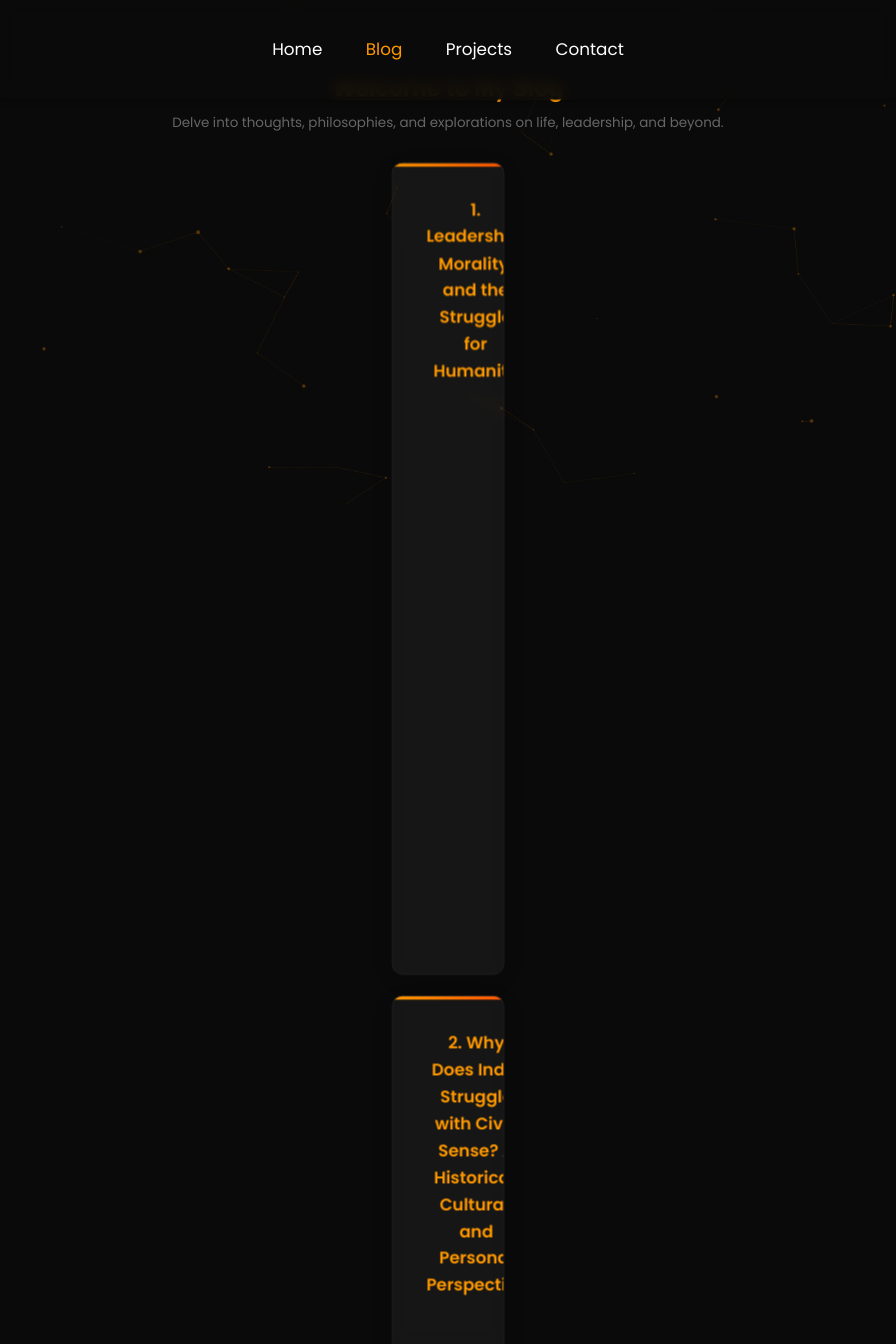
Repository: APersonalVoyage/APersonalVoyage.github.io
Page: blog.html
The author's editor kept a copy of each file at every save. The page is drawn from the files as they stood at one save, then again after the next save.
The browser window is 1280 px wide. The pictures show the part of the page from y = 0 to 1920 px (the page is 2743 px tall before and 2944 px after), at 70% of full size.

Above is the page before, as saved 2025-04-05 14:38:09.

After the next save:
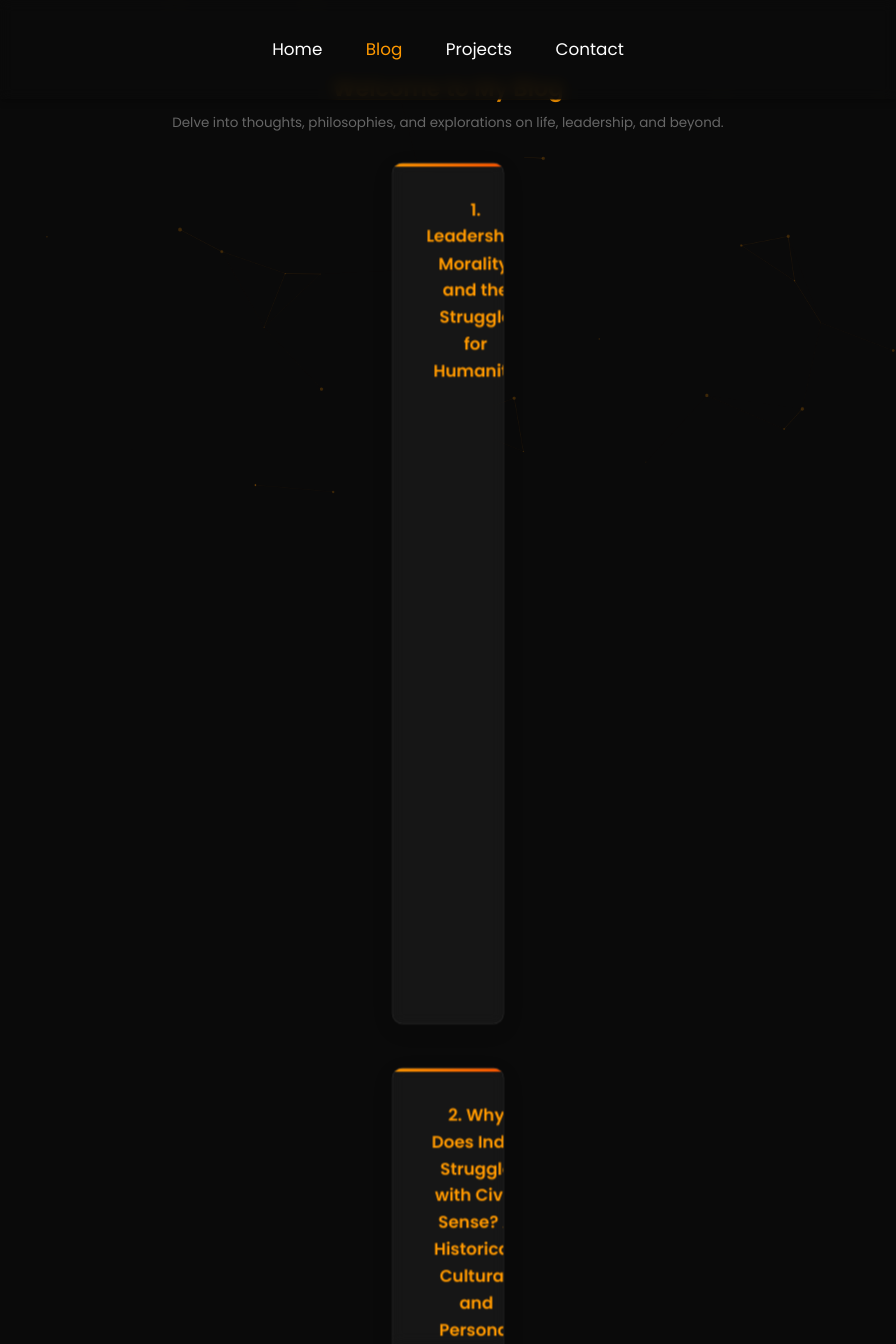
Saved 11 min 38 s later.
--- a/blog.html
+++ b/blog.html
@@ -57,20 +57,47 @@
   <div id="particles-js"></div>
   <script src="https://cdn.jsdelivr.net/particles.js/2.0.0/particles.min.js"></script>
   <script>
+    // More optimized particle settings for better performance
     particlesJS("particles-js", {
       particles: {
-        number: { value: 40, density: { enable: true, value_area: 800 } },
+        number: { value: 40, density: { enable: true, value_area: 1000 } },
         color: { value: "#ff9900" },
         shape: { type: "circle" },
         opacity: { value: 0.3, random: false },
         size: { value: 3, random: true },
         line_linked: { enable: true, distance: 150, color: "#ff9900", opacity: 0.2, width: 1 },
-        move: { enable: true, speed: 2, direction: "none", random: false, straight: false, out_mode: "out" }
+        move: { enable: true, speed: 1.5, direction: "none", random: false, straight: false, out_mode: "out" }
       },
       interactivity: {
         detect_on: "canvas",
-        events: { onhover: { enable: true, mode: "repulse" }, onclick: { enable: true, mode: "push" } }
-      }
+        events: {
+          onhover: { enable: true, mode: "repulse" },
+          onclick: { enable: true, mode: "push" }
+        },
+        modes: {
+          repulse: { distance: 80, duration: 0.4 }
+        }
+      },
+      retina_detect: true
+    });
+
+    // Add animation classes to blog elements
+    document.addEventListener('DOMContentLoaded', function() {
+      // Apply animation to blog post elements
+      const blogPosts = document.querySelectorAll('.blog-details');
+      blogPosts.forEach((post, index) => {
+        post.style.animationDelay = `${index * 0.2}s`;
+      });
+
+      // Apply smooth scrolling
+      document.querySelectorAll('a[href^="#"]').forEach(anchor => {
+        anchor.addEventListener('click', function(e) {
+          e.preventDefault();
+          document.querySelector(this.getAttribute('href')).scrollIntoView({
+            behavior: 'smooth'
+          });
+        });
+      });
     });
   </script>
 </body>
--- a/style.css
+++ b/style.css
@@ -735,6 +735,7 @@ footer p {
   top: 0;
   left: 0;
   z-index: -1;
+  opacity: 0.7;
 }
 
 .light-mode #particles-js {
@@ -745,7 +746,8 @@ footer p {
   border-radius: 50%;
   border: 5px solid #ff9900;
   box-shadow: 0 0 25px rgba(255, 153, 0, 0.6);
-  animation: float 6s ease-in-out infinite;
+  animation: float 6s cubic-bezier(0.455, 0.03, 0.515, 0.955) infinite;
+  transition: transform 0.5s ease, box-shadow 0.5s ease;
 }
 
 @keyframes float {
@@ -755,7 +757,7 @@ footer p {
 }
 
 .section__text__p1, .section__text__p2, .title {
-  animation: fadeIn 1s ease-in-out;
+  animation: fadeIn 1.2s cubic-bezier(0.39, 0.575, 0.565, 1);
 }
 
 @keyframes fadeIn {
@@ -764,7 +766,7 @@ footer p {
 }
 
 .btn {
-  transition: all 0.3s ease;
+  transition: all 0.4s cubic-bezier(0.25, 0.46, 0.45, 0.94);
   overflow: hidden;
   position: relative;
   z-index: 1;
@@ -791,7 +793,7 @@ footer p {
 }
 
 .details-container.color-container {
-  transition: all 0.3s ease;
+  transition: all 0.4s cubic-bezier(0.175, 0.885, 0.32, 1.275);
   transform-style: preserve-3d;
   perspective: 1000px;
 }
@@ -829,3 +831,65 @@ footer p {
 .project-btn:hover::before {
   left: 100%;
 }
+
+/* Blog-specific styling improvements for better visibility */
+.blog-details {
+  background: rgba(20, 20, 20, 0.7);
+  backdrop-filter: blur(10px);
+  border-radius: 15px;
+  padding: 2rem;
+  box-shadow: 0 8px 32px rgba(0, 0, 0, 0.2);
+  border: 1px solid rgba(255, 255, 255, 0.1);
+  transition: all 0.4s cubic-bezier(0.175, 0.885, 0.32, 1.275);
+  animation: fadeIn 0.8s cubic-bezier(0.39, 0.575, 0.565, 1);
+  margin-bottom: 2rem;
+}
+
+.blog-link {
+  color: #ff9900;
+  font-weight: 600;
+  position: relative;
+  text-decoration: none;
+  padding-bottom: 3px;
+}
+
+.blog-link::after {
+  content: '';
+  position: absolute;
+  width: 0;
+  height: 2px;
+  bottom: 0;
+  left: 0;
+  background: #ff9900;
+  transition: width 0.4s cubic-bezier(0.25, 0.46, 0.45, 0.94);
+}
+
+.blog-link:hover::after {
+  width: 100%;
+}
+
+.blog-summary {
+  color: rgba(255, 255, 255, 0.9);
+  line-height: 1.8;
+  margin-top: 1rem;
+  font-size: 1.05rem;
+}
+
+/* Blog page specific fixes */
+.blog-section-container {
+  padding-top: 100px;
+  animation: fadeIn 1s ease;
+}
+
+.blog-header {
+  margin-bottom: 3rem;
+}
+
+.blog-containers {
+  display: flex;
+  flex-direction: column;
+  gap: 2.5rem;
+  width: 90%;
+  max-width: 1000px;
+  margin: 0 auto;
+}
